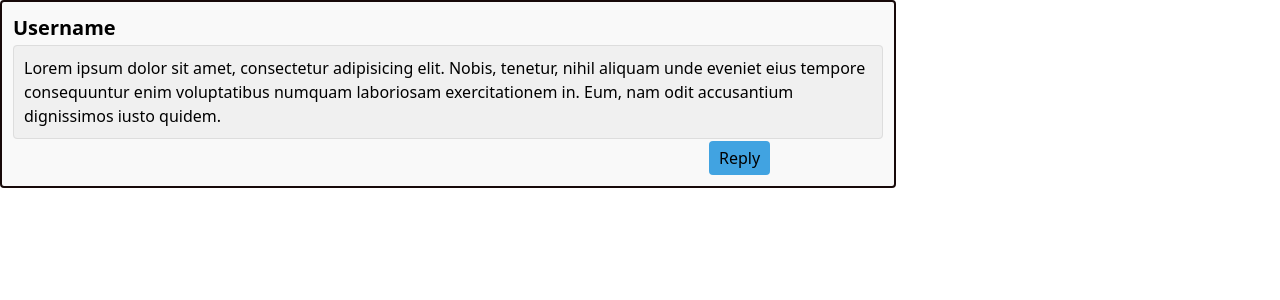
Repository: Yahya9102/Java22-ux22-Sideproject-main
Page: /
These files come from the project's save history. The page is drawn as it stood at one moment and after the next save; the edit follows.
The browser window is 1280 px wide. The pictures show the whole page.
The project was rebuilt for these pictures with package versions that can differ from the ones it lists, and the page was loaded fresh each time. The framework's server and built-in components were replaced by stand-ins that run in the browser. Also part of the build but not shown: next.config.js.

Above is the page before, as saved 2023-04-13 10:25:15.

### pages/index.tsx
import { NextPage } from "next"
import Body from "@/p-components/body"

interface Props {}

const Index: NextPage<Props> = ({}) => {
  return (
    <div>
      <Body />
    </div>
  )
}

export default Index

### styles/globals.css
@tailwind base;
@tailwind components;
@tailwind utilities;
/*
:root {
  --max-width: 1100px;
  --border-radius: 12px;
  --font-mono: ui-monospace, Menlo, Monaco, "Cascadia Mono", "Segoe UI Mono",
    "Roboto Mono", "Oxygen Mono", "Ubuntu Monospace", "Source Code Pro",
    "Fira Mono", "Droid Sans Mono", "Courier New", monospace;

  --foreground-rgb: 0, 0, 0;
  --background-start-rgb: 214, 219, 220;
  --background-end-rgb: 255, 255, 255;

  --primary-glow: conic-gradient(
    from 180deg at 50% 50%,
    #16abff33 0deg,
    #0885ff33 55deg,
    #54d6ff33 120deg,
    #0071ff33 160deg,
    transparent 360deg
  );
  --secondary-glow: radial-gradient(
    rgba(255, 255, 255, 1),
    rgba(255, 255, 255, 0)
  );

  --tile-start-rgb: 239, 245, 249;
  --tile-end-rgb: 228, 232, 233;
  --tile-border: conic-gradient(
    #00000080,
    #00000040,
    #00000030,
    #00000020,
    #00000010,
    #00000010,
    #00000080
  );

  --callout-rgb: 238, 240, 241;
  --callout-border-rgb: 172, 175, 176;
  --card-rgb: 180, 185, 188;
  --card-border-rgb: 131, 134, 135;
}

@media (prefers-color-scheme: dark) {
  :root {
    --foreground-rgb: 255, 255, 255;
    --background-start-rgb: 0, 0, 0;
    --background-end-rgb: 0, 0, 0;

    --primary-glow: radial-gradient(rgba(1, 65, 255, 0.4), rgba(1, 65, 255, 0));
    --secondary-glow: linear-gradient(
      to bottom right,
      rgba(1, 65, 255, 0),
      rgba(1, 65, 255, 0),
      rgba(1, 65, 255, 0.3)
    );

    --tile-start-rgb: 2, 13, 46;
    --tile-end-rgb: 2, 5, 19;
    --tile-border: conic-gradient(
      #ffffff80,
      #ffffff40,
      #ffffff30,
      #ffffff20,
      #ffffff10,
      #ffffff10,
      #ffffff80
    );

    --callout-rgb: 20, 20, 20;
    --callout-border-rgb: 108, 108, 108;
    --card-rgb: 100, 100, 100;
    --card-border-rgb: 200, 200, 200;
  }
}

* {
  box-sizing: border-box;
  padding: 0;
  margin: 0;
}

html,
body {
  max-width: 100vw;
  overflow-x: hidden;
}

body {
  color: rgb(var(--foreground-rgb));
  background: linear-gradient(
      to bottom,
      transparent,
      rgb(var(--background-end-rgb))
    )
    rgb(var(--background-start-rgb));
}

a {
  color: inherit;
  text-decoration: none;
}

@media (prefers-color-scheme: dark) {
  html {
    color-scheme: dark;
  }
}
*/

### p-components/body.tsx
import { NextPage } from "next"
import styles from "p-components/styles/body.module.css"

interface Props {}

const Body: NextPage<Props> = ({}) => {
  return (
    <fieldset className={styles.fieldset_body}>
      <table>
        <thead>
          <tr>
            <th className={styles.tableHeader_body}>Username</th>
          </tr>
        </thead>

        <tbody>
          <tr>
            <td>
              <fieldset className={styles.fieldset_row}>
                <p>
                  Lorem ipsum dolor sit amet, consectetur adipisicing elit.
                  Nobis, tenetur, nihil aliquam unde eveniet eius tempore
                  consequuntur enim voluptatibus numquam laboriosam
                  exercitationem in. Eum, nam odit accusantium dignissimos iusto
                  quidem.
                </p>
              </fieldset>
            </td>
          </tr>

          <tr>
            <td>
              <button className={styles.table_button}>Reply</button>
            </td>
          </tr>
        </tbody>
      </table>
    </fieldset>
  )
}

export default Body

### p-components/styles/body.module.css
/* Add a background color and border to the fieldset */
.fieldset_body {
  background-color: #f9f9f9;
  border: 2px solid rgb(23, 9, 9);
  border-radius: 4px;
  padding: 10px;
  width: 70%;
}

.table_button {
  background-color: #41a3e1;
  border-radius: 4px;
  padding: 5px 10px;
  margin-left: 80%;
}

.fieldset_row {
  background-color: #f0f0f0;
  border: 1px solid #ddd;
  border-radius: 4px;
  padding: 10px;
}

.tableHeader_body {
  font-size: 20px;
  text-align: left;
}

Loaded but not shown: pages/_app.tsx (common file); pages/_document.tsx (common file); tailwind.config.js (common file)

After the next save:
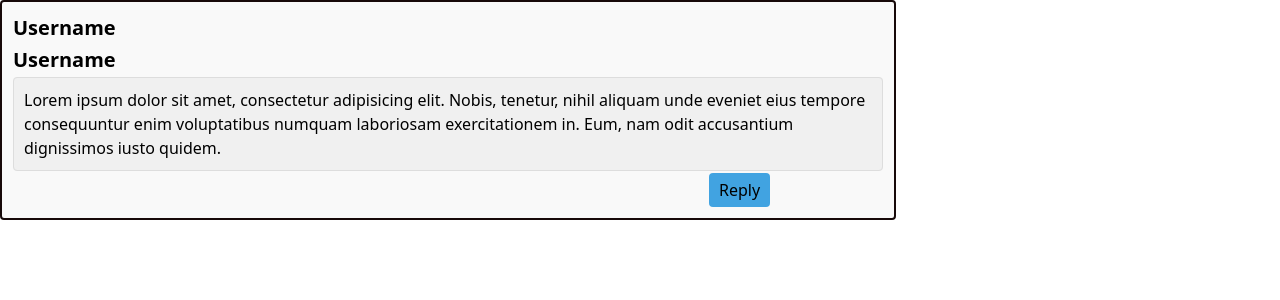
Saved 6 s later.
--- a/p-components/body.tsx
+++ b/p-components/body.tsx
@@ -8,6 +8,9 @@ const Body: NextPage<Props> = ({}) => {
     <fieldset className={styles.fieldset_body}>
       <table>
         <thead>
+          <tr>
+            <th className={styles.tableHeader_body}>Username</th>
+          </tr>
           <tr>
             <th className={styles.tableHeader_body}>Username</th>
           </tr>
